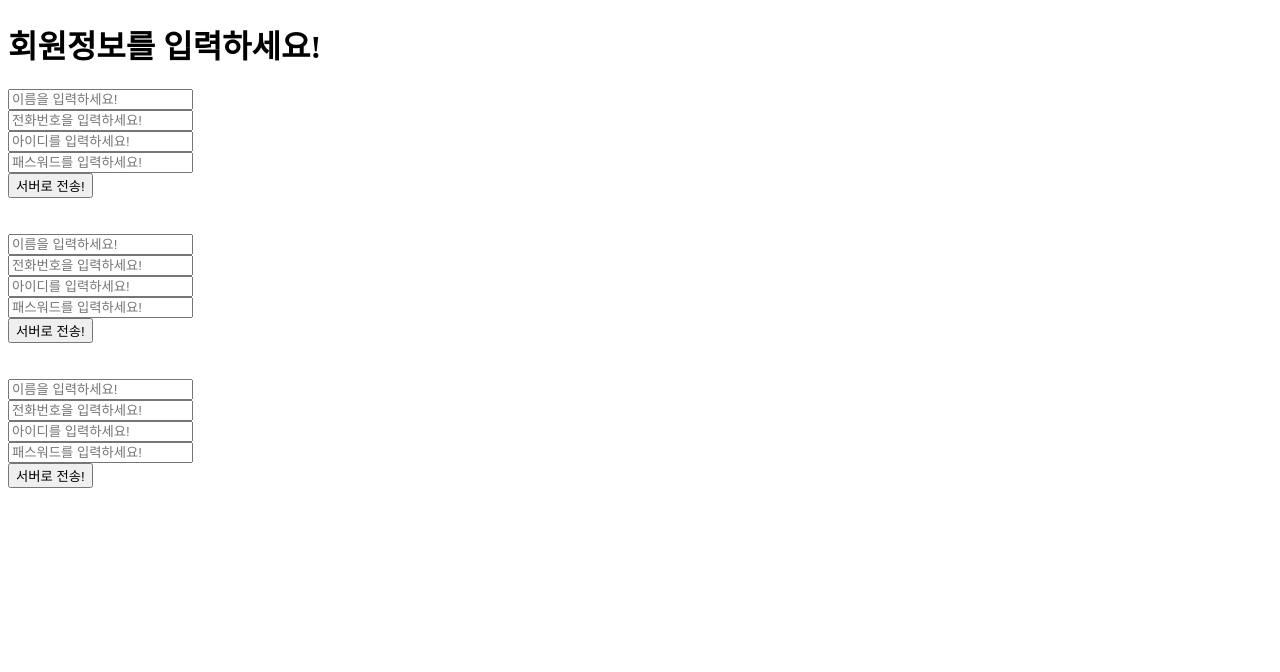
Repository: shashak23/spring_workspace
Page: springweb/src/main/webapp/resources/sample02/memberForm.html
The author's editor kept a copy of each file at every save. The page is drawn from the files as they stood at one save, then again after the next save.
The browser window is 1280 px wide. The pictures show the whole page.

Above is the page before, as saved 2023-02-27 03:18:40.

After the next save:
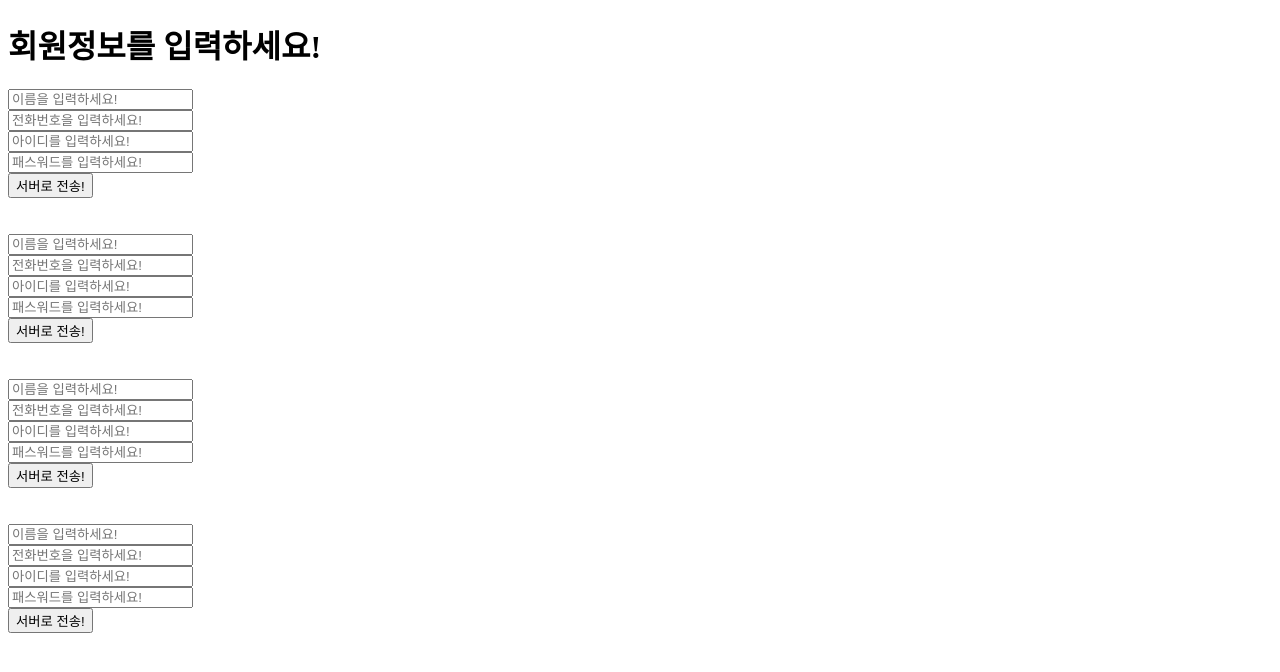
Saved 104 s later.
--- a/springweb/src/main/webapp/resources/sample02/memberForm.html
+++ b/springweb/src/main/webapp/resources/sample02/memberForm.html
@@ -39,4 +39,16 @@
 		<input type="submit" value="서버로 전송!">
 	<!-- MemberController 연결하기  -->
 	</form>
+
+	<br><br>
+
+	<form action="/springweb/member4" method="POST">
+		<input type="text" placeholder="이름을 입력하세요!" name="name"><br>
+		<input type="text" placeholder="전화번호을 입력하세요!" name="phone"><br>
+		<input type="text" placeholder="아이디를 입력하세요!" name="id"><br>
+		<input type="password" placeholder="패스워드를 입력하세요!" name="pw"><br>
+
+		<input type="submit" value="서버로 전송!">
+	<!-- MemberController 연결하기  -->
+	</form>
 </html>
